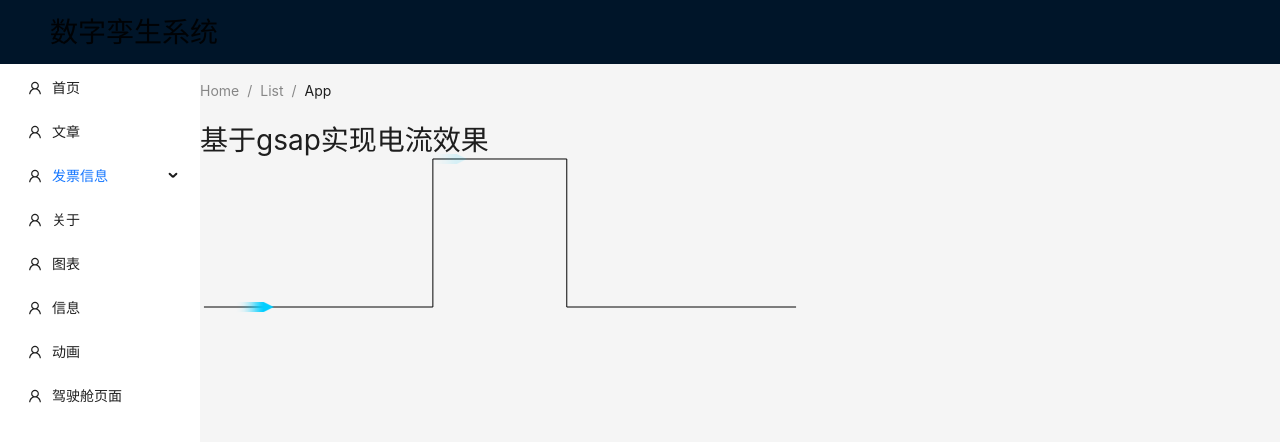
Repository: HailiePan/webpack-react-practice
Page: /animation
These files come from the project's save history. The page is drawn as it stood at one moment and after the next save; the edit follows.
The browser window is 1280 px wide. The pictures show the whole page.
The project was rebuilt for these pictures with package versions that can differ from the ones it lists, and the page was loaded fresh each time. Also part of the build but not shown: src/pages/Animation/component/ScrollAnimation/index.jsx, src/pages/Home.jsx, src/pages/Invoices/index.jsx, src/pages/Invoices/Invoice.jsx, src/pages/Invoices/Pending.jsx, src/pages/Invoices/Complete.jsx, src/components/CommonBox/index.less, src/components/CommonBox/index.jsx and 27 more.

Above is the page before, as saved 2024-01-24 17:12:17.

After the next save:
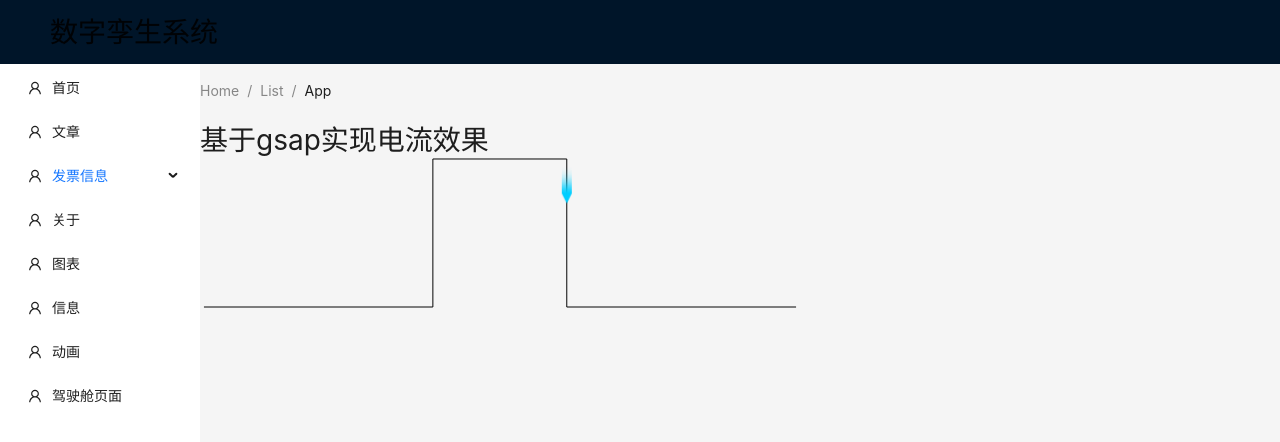
Saved 93 s later.
--- a/src/pages/Animation/component/ImitateElectricity/index.jsx
+++ b/src/pages/Animation/component/ImitateElectricity/index.jsx
@@ -2,7 +2,7 @@
  * @Author: Hailie.Pan
  * @Date: 2024-01-16 22:18:53
  * @LastEditors: Hailie.Pan
- * @LastEditTime: 2024-01-24 17:12:17
+ * @LastEditTime: 2024-01-24 17:13:50
  * @Description:
  */
 import React, { useEffect, useRef } from 'react';
@@ -101,6 +101,35 @@ export default function ImitateElectricity() {
       }
     });
 
+    tl.to([jiantou3.current], {
+      duration: 0.2,
+      opacity: 0
+    });
+
+    tl.to(
+      [jiantou4.current],
+      {
+        duration: 0.2,
+        opacity: 1
+      },
+      '<0.2'
+    );
+
+    tl.to([jiantou4.current], {
+      duration: 1,
+      ease: 'none',
+      immediateRender: true,
+      // stagger: 2, // 间隔时间
+      motionPath: {
+        path: '#xianlu', // 路径
+        align: '#xianlu', // 对齐到路径
+        alignOrigin: [0.5, 0.5], // 对齐原点
+        autoRotate: 90, // 沿路径方向旋转角度
+        start: 0.58,
+        end: 0.7
+      }
+    });
+
     // gsap.registerPlugin(MotionPathPlugin, MotionPathHelper)
   }, []);
 
